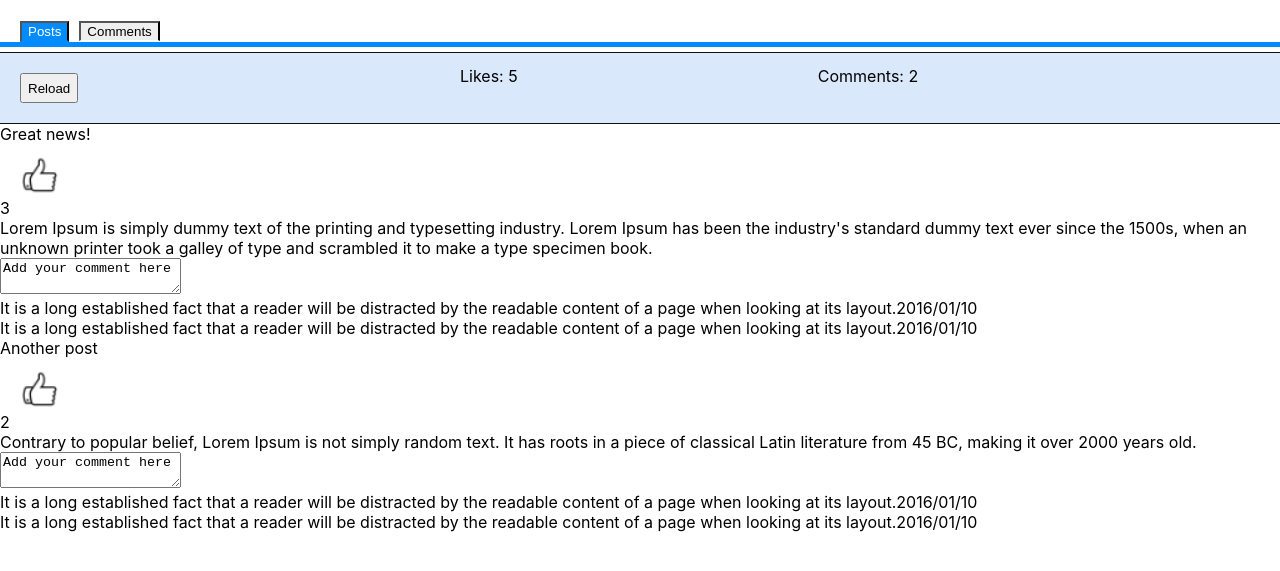
Repository: milosKomiRajkovic94/cleverbit-project
Page: /
An editor plug-in stored every save of this project. The page is shown before and after the next save, followed by the edit.
The browser window is 1280 px wide. The pictures show the whole page.
The project was rebuilt for these pictures with package versions that can differ from the ones it lists, and the page was loaded fresh each time. Also part of the build but not shown: src/utils/Loader.js.

Above is the page before, as saved 2020-10-13 20:34:36.

After the next save:
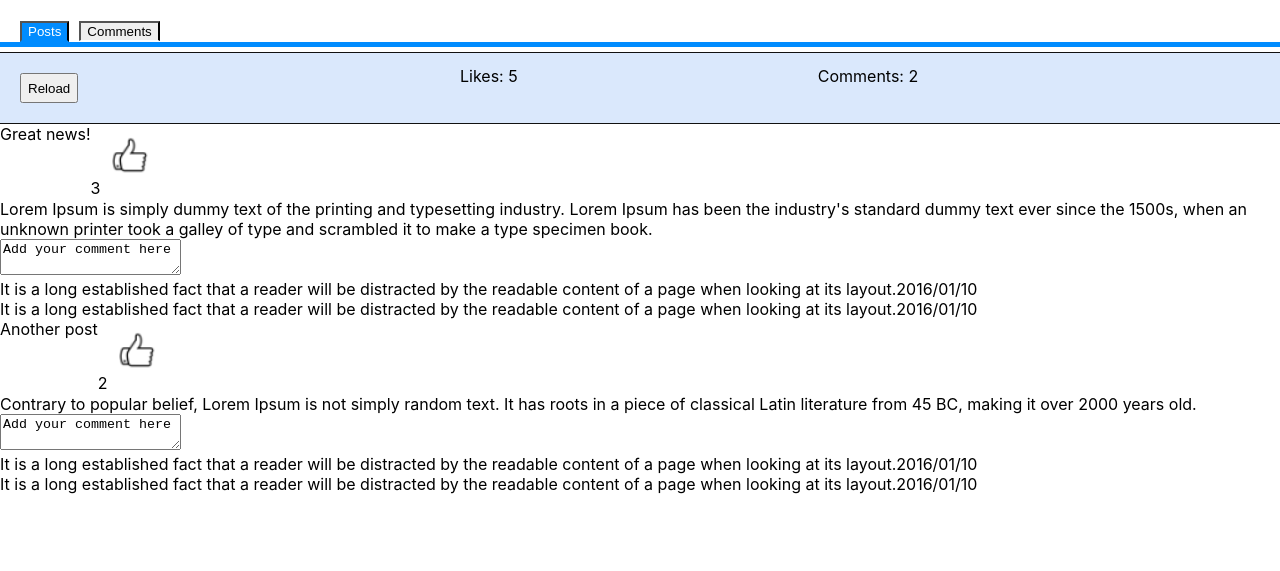
Saved 4 min 7 s later.
--- a/src/scss/posts.scss
+++ b/src/scss/posts.scss
@@ -21,3 +21,9 @@
 .reloadButton {
   margin: 20px;
 }
+
+.postHeader {
+  display: inline-flex;
+  width: 100%;
+  height: 75px;
+}
